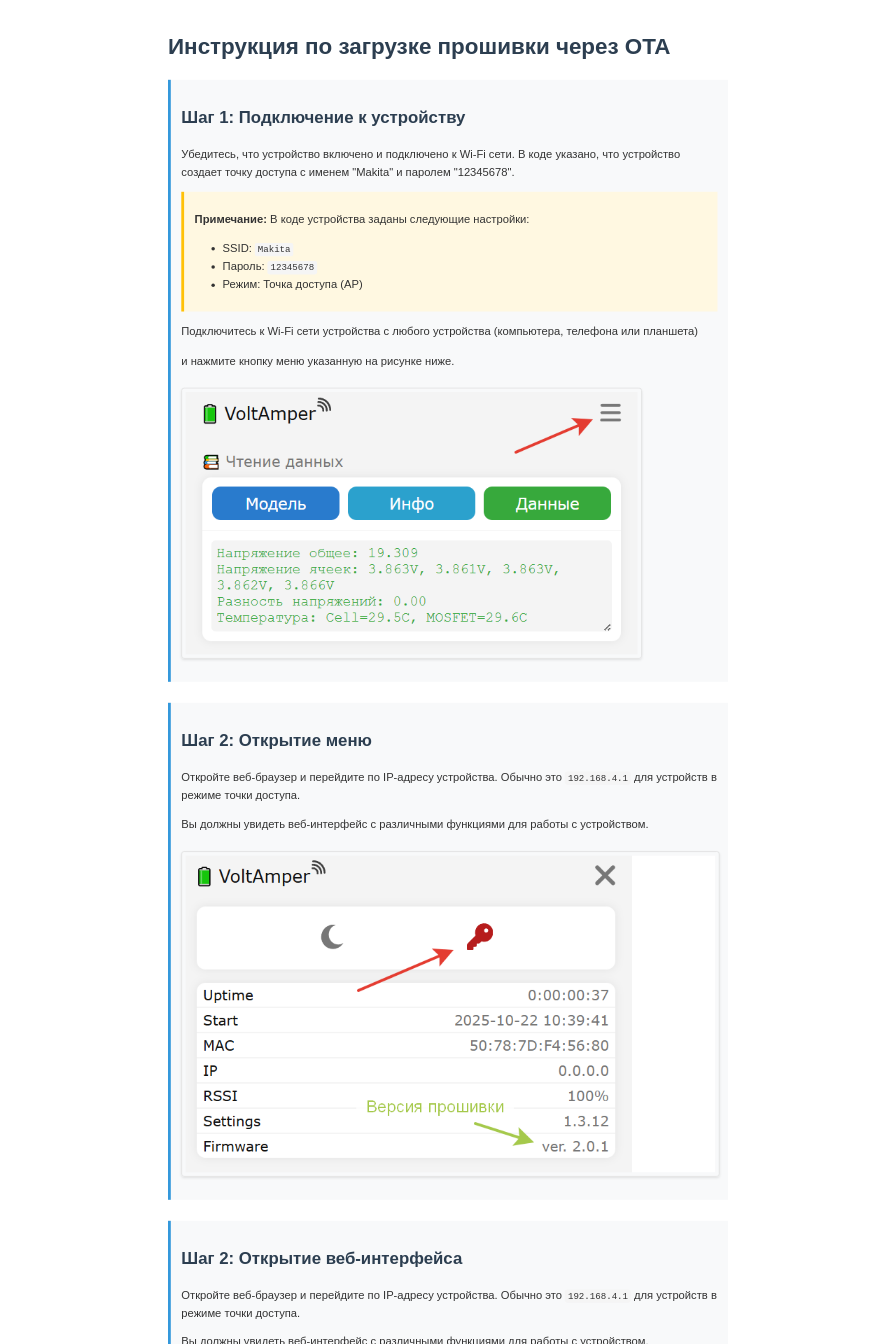
Repository: NikElectronics/ELIXStoFIX
Page: firware.html
The author's editor kept a copy of each file at every save. The page is drawn from the files as they stood at one save, then again after the next save.
The browser window is 1280 px wide. The pictures show the part of the page from y = 0 to 1920 px (the page is 5977 px tall before and 5443 px after), at 70% of full size.
A picture or video elsewhere on the page could not be fetched, so the positions and the page height are approximate.

Above is the page before, as saved 2025-10-22 08:17:48.

### firware.html
<!DOCTYPE html>
<html lang="ru">
<head>
    <meta charset="UTF-8">
    <meta name="viewport" content="width=device-width, initial-scale=1.0">
    <title>Инструкция по OTA-обновлению</title>
    <style>
        body {
            font-family: Arial, sans-serif;
            line-height: 1.6;
            max-width: 800px;
            margin: 0 auto;
            padding: 20px;
            color: #333;
        }
        h1, h2, h3 {
            color: #2c3e50;
        }
        .step {
            margin-bottom: 30px;
            padding: 15px;
            border-left: 4px solid #3498db;
            background-color: #f8f9fa;
        }
        .screenshot {
            max-width: 100%;
            border: 1px solid #ddd;
            border-radius: 4px;
            padding: 5px;
            margin: 10px 0;
            box-shadow: 0 2px 4px rgba(0,0,0,0.1);
        }
        .note {
            background-color: #fff8e1;
            border-left: 4px solid #ffc107;
            padding: 10px 15px;
            margin: 15px 0;
        }
        .warning {
            background-color: #ffebee;
            border-left: 4px solid #f44336;
            padding: 10px 15px;
            margin: 15px 0;
        }
        code {
            background-color: #f5f5f5;
            padding: 2px 4px;
            border-radius: 3px;
            font-family: monospace;
        }
    </style>
</head>
<body>
    <h1>Инструкция по загрузке прошивки через OTA</h1>

    <div class="step">
        <h2>Шаг 1: Подключение к устройству</h2>
        <p>Убедитесь, что устройство включено и подключено к Wi-Fi сети. В коде указано, что устройство создает точку доступа с именем "Makita" и паролем "12345678".</p>
        <div class="note">
            <p><strong>Примечание:</strong> В коде устройства заданы следующие настройки:</p>
            <ul>
                <li>SSID: <code>Makita</code></li>
                <li>Пароль: <code>12345678</code></li>
                <li>Режим: Точка доступа (AP)</li>
            </ul>
        </div>
        <p>Подключитесь к Wi-Fi сети устройства с любого устройства (компьютера, телефона или планшета)</p>
         <p>и нажмите кнопку меню указанную на рисунке ниже.</p>
         <img src="images/menu.png" alt="Главная страница веб-интерфейса" class="screenshot">
    </div>

    <div class="step">
        <h2>Шаг 2: Открытие меню</h2>
        <p>Откройте веб-браузер и перейдите по IP-адресу устройства. Обычно это <code>192.168.4.1</code> для устройств в режиме точки доступа.</p>
        <p>Вы должны увидеть веб-интерфейс с различными функциями для работы с устройством.</p>
        <img src="images/menu_open.png" alt="Главная страница веб-интерфейса" class="screenshot">
    </div>

    <div class="step">
        <h2>Шаг 2: Открытие веб-интерфейса</h2>
        <p>Откройте веб-браузер и перейдите по IP-адресу устройства. Обычно это <code>192.168.4.1</code> для устройств в режиме точки доступа.</p>
        <p>Вы должны увидеть веб-интерфейс с различными функциями для работы с устройством.</p>
        <img src="images/menu_open.png" alt="Главная страница веб-интерфейса" class="screenshot">
    </div>

    <div class="step">
        <h2>Шаг 3: Переход в раздел программатора</h2>
        <p>В веб-интерфейсе найдите и откройте раздел "👨‍💻 Программатор".</p>
        <img src="screenshot2.png" alt="Раздел программатора" class="screenshot">
    </div>

    <div class="step">
        <h2>Шаг 4: Загрузка новой прошивки</h2>
        <p>В разделе программатора найдите опцию для загрузки новой прошивки. Обычно это кнопка "Выбрать файл" или "Обзор" с последующей кнопкой "Загрузить" или "Обновить".</p>
        <img src="screenshot3.png" alt="Интерфейс загрузки прошивки" class="screenshot">
        <div class="note">
            <p><strong>Примечание:</strong> Убедитесь, что файл прошивки имеет правильный формат (обычно .bin) и совместим с вашим устройством.</p>
        </div>
    </div>

    <div class="step">
        <h2>Шаг 5: Процесс обновления</h2>
        <p>После выбора файла прошивки нажмите кнопку для начала загрузки. Не прерывайте процесс обновления и не отключайте питание устройства.</p>
        <img src="screenshot4.png" alt="Процесс обновления прошивки" class="screenshot">
        <div class="warning">
            <p><strong>Внимание:</strong> Прерывание процесса обновления может привести к повреждению прошивки и необходимости физического перепрограммирования устройства!</p>
        </div>
    </div>

    <div class="step">
        <h2>Шаг 6: Завершение обновления</h2>
        <p>После успешной загрузки прошивки устройство обычно перезагружается автоматически. Если этого не произошло, вы можете перезагрузить устройство вручную с помощью кнопки "Перезагрузить" в веб-интерфейсе.</p>
        <img src="screenshot5.png" alt="Успешное завершение обновления" class="screenshot">
    </div>

    <div class="step">
        <h2>Шаг 7: Проверка новой версии</h2>
        <p>После перезагрузки снова откройте веб-интерфейс и проверьте, что версия прошивки изменилась на новую. В коде устройства версия задана как "ver. 2.0.1".</p>
        <img src="screenshot6.png" alt="Проверка версии прошивки" class="screenshot">
    </div>

    <div class="note">
        <h3>Дополнительная информация</h3>
        <p>В коде устройства реализована система лицензирования через серийный номер. Если после обновления возникают проблемы с лицензией, проверьте правильность введенного ключа в разделе программатора.</p>
        <p>Также в коде предусмотрена возможность блокировки прошивки от чтения через UART/JTAG (функция FirmwareLock()), которая может быть активирована через веб-интерфейс.</p>
    </div>

    <div class="warning">
        <h3>Важные предупреждения</h3>
        <ul>
            <li>Всегда сохраняйте резервную копию текущей рабочей прошивки перед обновлением</li>
            <li>Убедитесь, что источник прошивки надежный и файл не поврежден</li>
            <li>Не прерывайте процесс обновления</li>
            <li>Убедитесь, что устройство имеет стабильное питание во время обновления</li>
        </ul>
    </div>
</body>
</html>

After the next save:
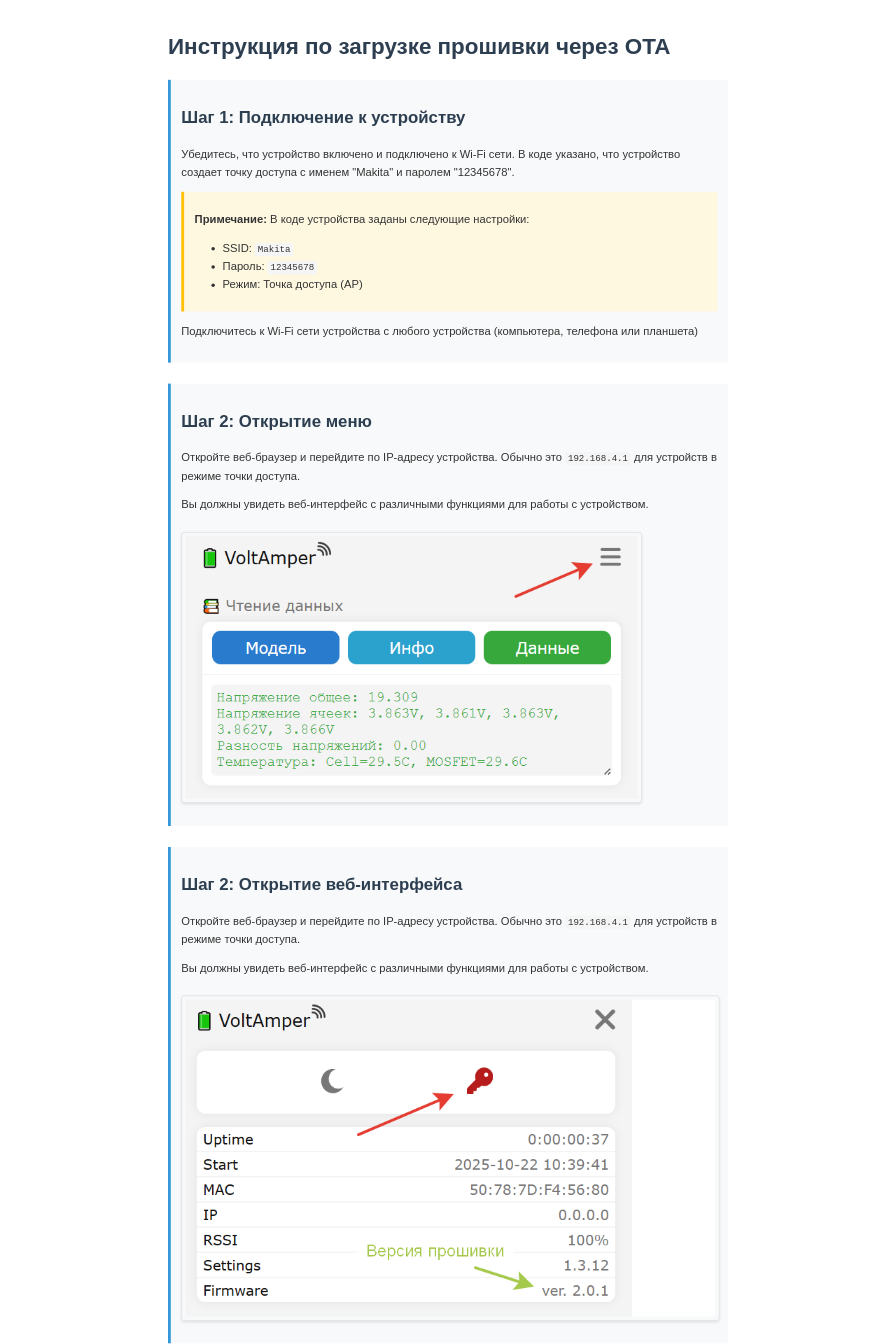
Saved 53 s later.
--- a/firware.html
+++ b/firware.html
@@ -65,15 +65,14 @@
             </ul>
         </div>
         <p>Подключитесь к Wi-Fi сети устройства с любого устройства (компьютера, телефона или планшета)</p>
-         <p>и нажмите кнопку меню указанную на рисунке ниже.</p>
-         <img src="images/menu.png" alt="Главная страница веб-интерфейса" class="screenshot">
+
     </div>
 
     <div class="step">
         <h2>Шаг 2: Открытие меню</h2>
         <p>Откройте веб-браузер и перейдите по IP-адресу устройства. Обычно это <code>192.168.4.1</code> для устройств в режиме точки доступа.</p>
         <p>Вы должны увидеть веб-интерфейс с различными функциями для работы с устройством.</p>
-        <img src="images/menu_open.png" alt="Главная страница веб-интерфейса" class="screenshot">
+        <img src="images/menu.png" alt="Главная страница веб-интерфейса" class="screenshot">
     </div>
 
     <div class="step">
